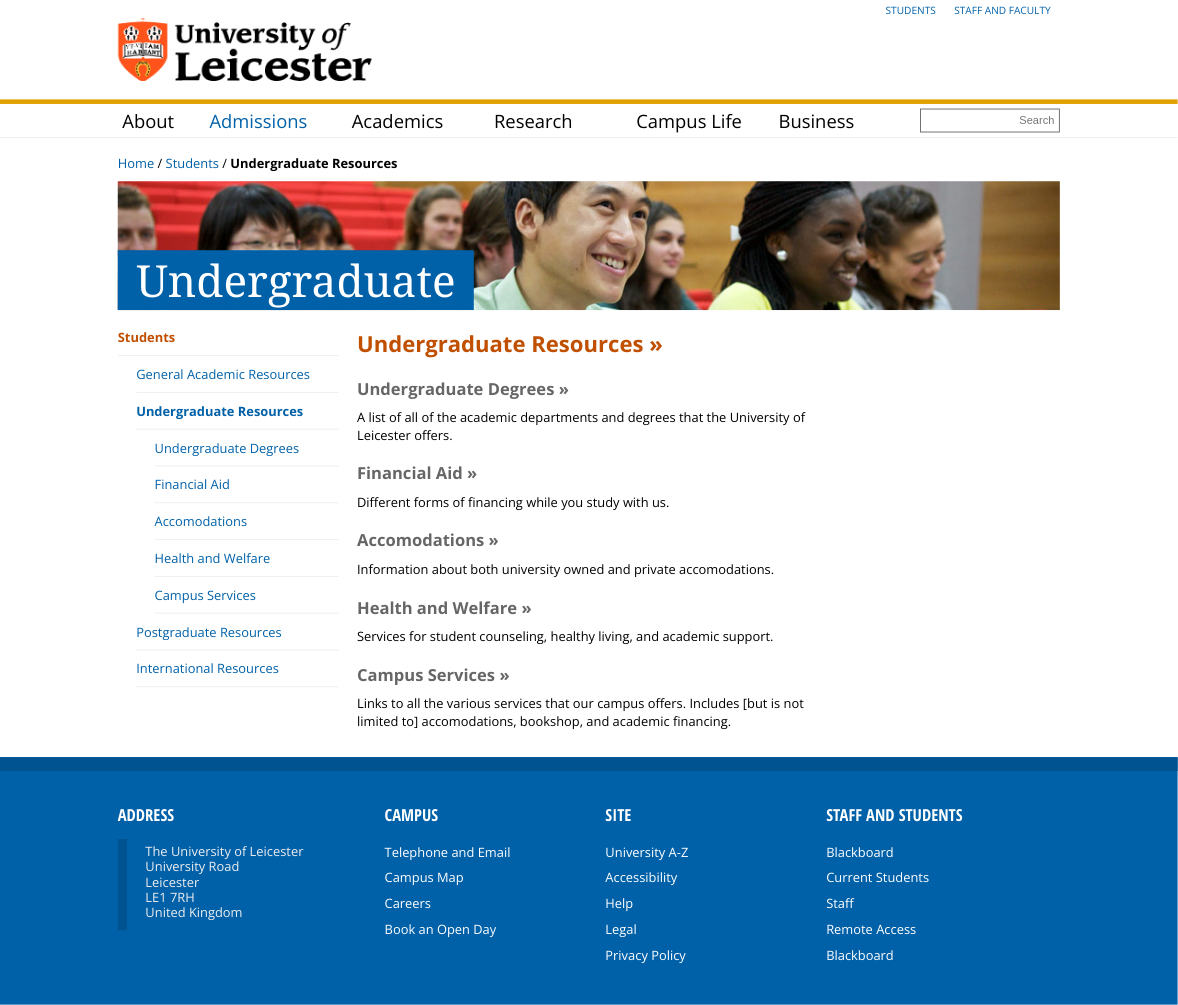
Repository: vqdo/leicester-redesign
Page: ugresources.html
The author's editor kept a record of every edit. The page is drawn from the files as they stood at one moment, then again after the next edit.
The browser window is 1280 px wide. The pictures show the whole page, at 92% of full size.
Some web libraries are served in a nearby version.

Above is the page before.

After the next edit:
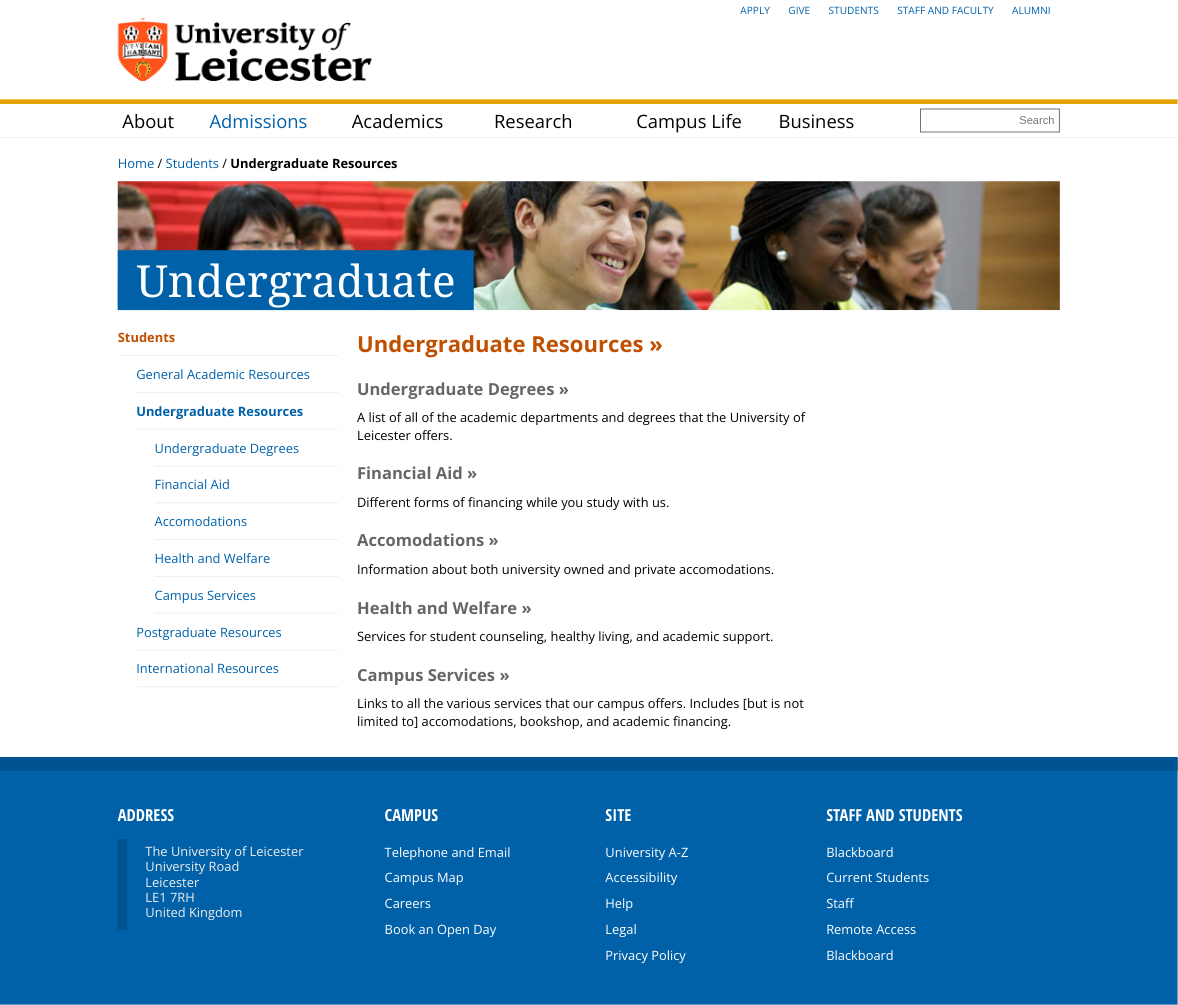
The edit:
--- a/ugresources.html
+++ b/ugresources.html
@@ -91,8 +91,11 @@
             <nav class="user-type-nav">
                 <ul class="container">
                     <!-- Put links in reverse order -->
-                    <li><a href="/">Staff and Faculty</a></li>
-                    <li><a href="genresources.html">Students</a></li>
+                    <li class="link"><a href="/">Alumni</a></li>
+                    <li class="link"><a href="/">Staff and Faculty</a></li>
+                    <li class="link"><a href="genresources.html">Students</a></li>
+                    <li class="link"><a href="/">Give</a></li>
+                    <li class="link"><a href="/">Apply</a></li>
                 </ul>
             </nav>
         </header>
